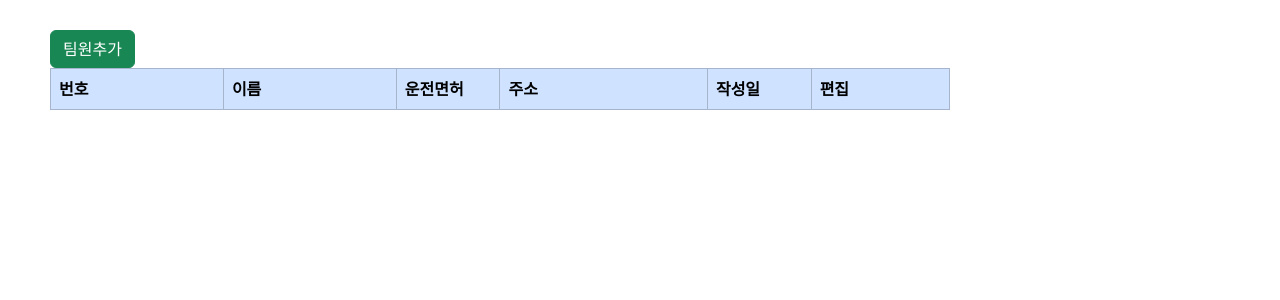
Repository: GANADAG/jspProject
Page: http://localhost/JspProject/team/teamList.jsp
The author's editor kept a copy of each file at every save. The page is drawn from the files as they stood at one save, then again after the next save.
The browser window is 1280 px wide. The pictures show the whole page.
Some web fonts or font styles are not loaded; a fallback is used. The page is served by Tomcat 9. Other server files are loaded and not shown. Queries for data that is not in the repository find no rows.

Above is the page before, as saved 2024-03-06 03:01:45.

### JspProject/src/main/webapp/team/teamList.jsp
<%@page import="java.text.SimpleDateFormat"%>
<%@page import="team.model.TeamDto"%>
<%@page import="java.util.ArrayList"%>
<%@page import="team.model.TeamDao"%>
<%@ page language="java" contentType="text/html; charset=UTF-8"
    pageEncoding="UTF-8"%>
<!DOCTYPE html>
<html>
<head>
<meta charset="UTF-8">
<link href="https://cdn.jsdelivr.net/npm/bootstrap@5.3.2/dist/css/bootstrap.min.css" rel="stylesheet">
<link href="https://fonts.googleapis.com/css2?family=Diphylleia&family=Dongle&family=Noto+Sans+KR:wght@100..900&family=Orbit&family=Stylish&display=swap" rel="stylesheet">
<script src="https://code.jquery.com/jquery-3.7.0.js"></script>

<title>Insert title here</title>
</head>
<body>
	<%
		//db목록가져오기
		TeamDao dao=new TeamDao();
		ArrayList<TeamDto>list=dao.getAllTeams();
		SimpleDateFormat sdf=new SimpleDateFormat("yyyy-MM-dd HH:mm");

	%>
</body>
	<div style="margin:30px 50px;">
		<button type="button" class="btn btn-success"
		onclick="location.href='addForm.jsp'">팀원추가</button>

		<br>
		<table class="table table-bordered" style="width:900px;">
			<tr class="table-primary">
			<th width="100">번호</th>
			<th width="100">이름</th>
			<th width="60">운전면허</th>
			<th width="120">주소</th>
			<th width="60">작성일</th>
			<th width="80">편집</th>
			</tr>

			<%
				for(int i=0;i<list.size();i++)
				{
					TeamDto dto=list.get(i);
					%>

					<tr>
						<td><%=i+1 %></td>
						<td><%=dto.getName() %></td>
						<td><%=dto.getDriver() %></td>
						<td><%=dto.getAddr() %></td>
						<td><%=sdf.format(dto.getWriteday()) %></td>
						<td>
							<button type="button" class="btn btn-primary btn-sm"
							onclick="location.href='updateForm.jsp?num=<%=dto.getNum()%>'">수정</button>
							<button type="button" class="btn btn-primary btn-sm"
							onclick="location.href='teamDelete.jsp?num=<%=dto.getNum()%>'">삭제</button>
						</td>

					</tr>
				<%}
			%>
		</table>

	</div>
</html>

### JspProject/src/main/java/team/model/TeamDao.java
package team.model;

import java.sql.Connection;
import java.sql.PreparedStatement;
import java.sql.ResultSet;
import java.sql.SQLException;
import java.util.ArrayList;

import mysql.db.DbConnect;

public class TeamDao {

	DbConnect db=new DbConnect();

	//insert
	public void insertTeam(TeamDto dto)
	{

		Connection conn=db.getConnection();
		PreparedStatement pstmt=null;

		//4개의 값을 인서트
		String sql="insert into team(name,driver,addr,writeday) values(?,?,?,now())";

		try {
			pstmt=conn.prepareStatement(sql);
			pstmt.setString(1, dto.getName());
			pstmt.setString(2, dto.getDriver());
			pstmt.setString(3, dto.getAddr());

			//실행
			pstmt.execute();

		} catch (SQLException e) {
			// TODO Auto-generated catch block
			e.printStackTrace();
		}finally {
			db.dbClose(pstmt, conn);
		}


	}

	//전체출력

	public ArrayList<TeamDto> getAllTeams()
	{
		ArrayList<TeamDto> list=new ArrayList<TeamDto>();

		Connection conn=db.getConnection();
		PreparedStatement pstmt=null;
		ResultSet rs=null;

		String sql="select * from team order by num";

		try {
			pstmt=conn.prepareStatement(sql);
			rs=pstmt.executeQuery();

			while(rs.next())
			{
				TeamDto dto=new TeamDto();

				dto.setNum(rs.getString("num"));
				dto.setName(rs.getString("name"));
				dto.setDriver(rs.getString("driver"));
				dto.setAddr(rs.getString("addr"));
				dto.setWriteday(rs.getTimestamp("writeday"));

				list.add(dto);
			}
		} catch (SQLException e) {
			// TODO Auto-generated catch block
			e.printStackTrace();
		}finally {
			db.dbClose(rs, pstmt, conn);
		}

		return list;
	}





}

### JspProject/src/main/java/mysql/db/DbConnect.java
package mysql.db;

import java.sql.Connection;
import java.sql.DriverManager;
import java.sql.PreparedStatement;
import java.sql.ResultSet;
import java.sql.SQLException;
import java.sql.Statement;

public class DbConnect {

   static final String MYSQLDRIVER="com.mysql.cj.jdbc.Driver";
   static final String MYSQL_URL="jdbc:mysql://localhost:3306/coffee";



   public DbConnect() {

      try {
         Class.forName(MYSQLDRIVER);
         System.out.println("MYSQL드라이버성공");
      } catch (ClassNotFoundException e) {
         // TODO Auto-generated catch block
         System.out.println("MYSQL드라이버 실패"+ e.getMessage());
      }

   }

   public Connection getConnection()
   {
      Connection conn=null;

      try {
         conn=DriverManager.getConnection(MYSQL_URL, "angel", "a1234");
         System.out.println("MYSQL연결성공");
      } catch (SQLException e) {
         // TODO Auto-generated catch block
         e.printStackTrace();
         System.out.println("MYSQL연결실패: "+ e.getMessage());
      }

      return conn;

   }
   //close 총 4개 오버로딩
   public void dbClose(ResultSet rs,Statement stmt,Connection conn)
   {

		try {
			 if(rs!=null) rs.close();
			 if(stmt!=null) stmt.close();
			 if(conn!=null) conn.close();
		} catch (SQLException e) {
			// TODO Auto-generated catch block
			e.printStackTrace();
		}
   }

   public void dbClose(Statement stmt,Connection conn)
   {

		try {

			 if(stmt!=null) stmt.close();
			 if(conn!=null) conn.close();
		} catch (SQLException e) {
			// TODO Auto-generated catch block
			e.printStackTrace();
		}
   }

   public void dbClose(ResultSet rs,PreparedStatement pstmt,Connection conn)
   {

		try {
			 if(rs!=null) rs.close();
			 if(pstmt!=null) pstmt.close();
			 if(conn!=null) conn.close();
		} catch (SQLException e) {
			// TODO Auto-generated catch block
			e.printStackTrace();
		}
   }

   public void dbClose(PreparedStatement pstmt,Connection conn)
   {

		try {

			 if(pstmt!=null) pstmt.close();
			 if(conn!=null) conn.close();
		} catch (SQLException e) {
			// TODO Auto-generated catch block
			e.printStackTrace();
		}
   }


}

After the next save:
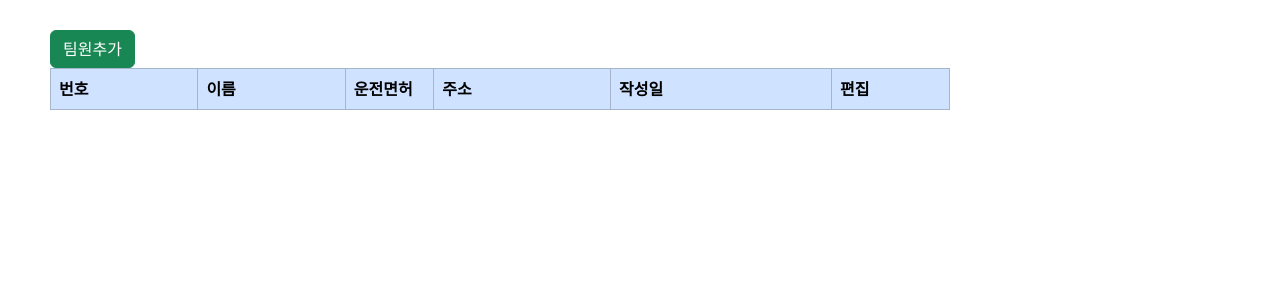
Saved 9 s later.
--- a/JspProject/src/main/webapp/team/teamList.jsp
+++ b/JspProject/src/main/webapp/team/teamList.jsp
@@ -34,7 +34,7 @@
 			<th width="100">이름</th>
 			<th width="60">운전면허</th>
 			<th width="120">주소</th>
-			<th width="60">작성일</th>
+			<th width="150">작성일</th>
 			<th width="80">편집</th>
 			</tr>
 
